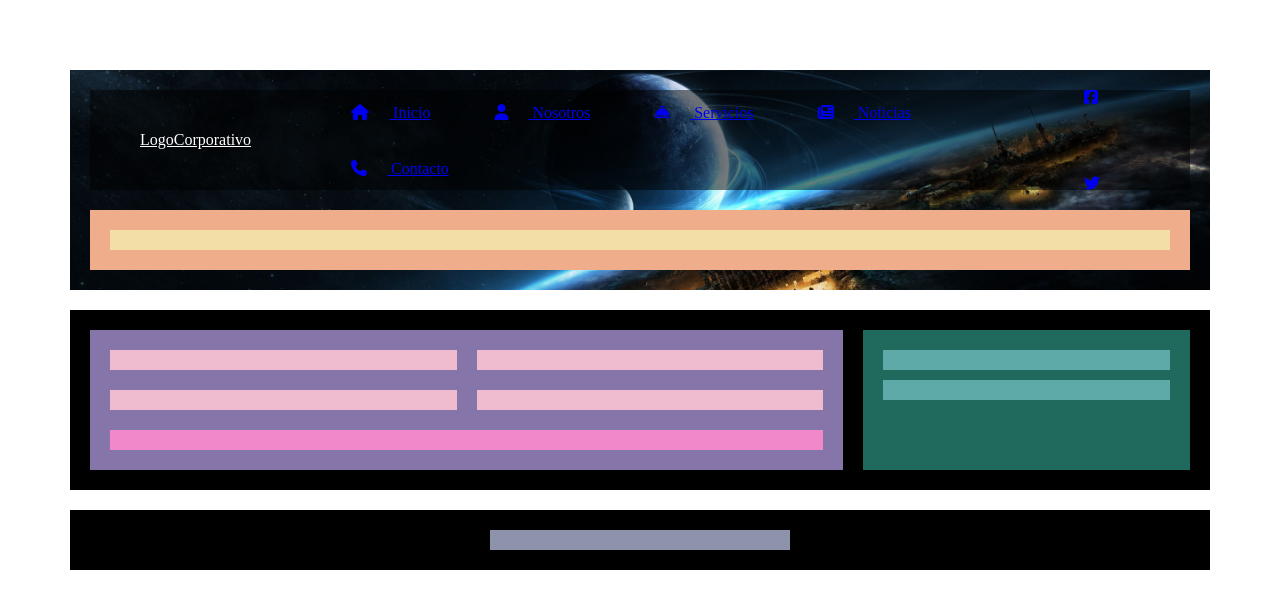
Repository: Aldo-DT/landingGree
Page: 2 CSS/pagina.html
The author's editor kept a copy of each file at every save. The page is drawn from the files as they stood at one save, then again after the next save.
The browser window is 1280 px wide. The pictures show the whole page.
Some web libraries are served in a nearby version.

Above is the page before, as saved 2020-09-14 20:44:16.

After the next save:
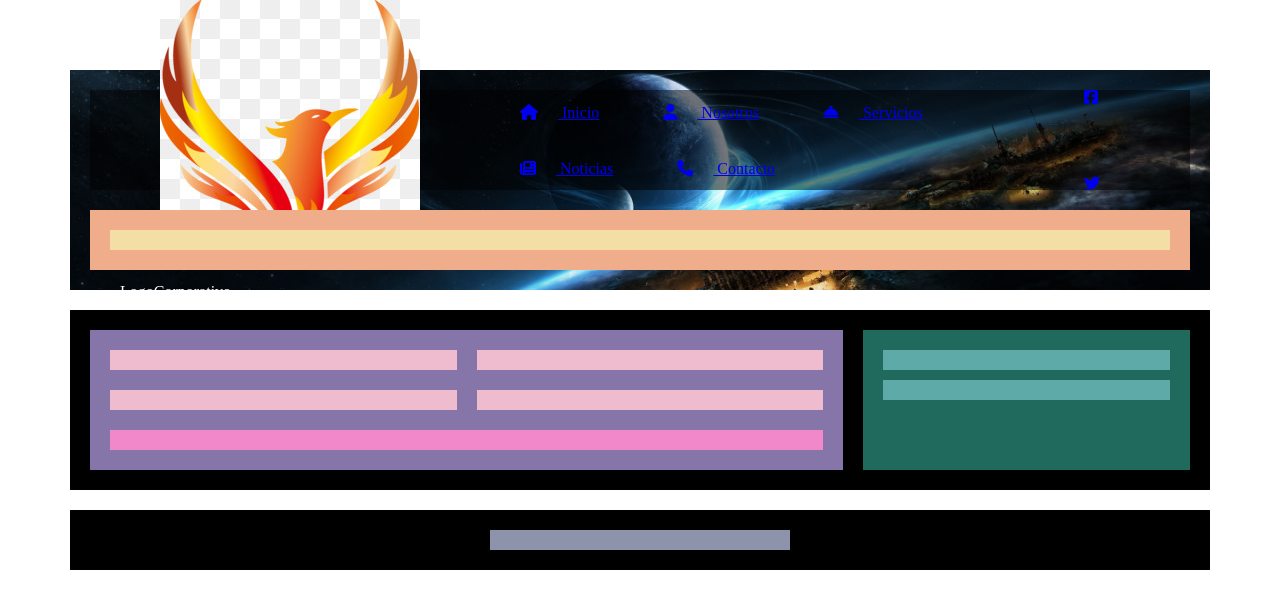
Saved 36 h 35 min later.
--- a/2 CSS/pagina.html
+++ b/2 CSS/pagina.html
@@ -1,5 +1,6 @@
 <!DOCTYPE html>
 <html lang="es">
+
 <head>
     <meta charset="UTF-8">
     <meta name="viewport" content="width=device-width, initial-scale=1.0">
@@ -9,12 +10,13 @@
     <link href="https://fonts.googleapis.com/css2?family=Roboto:ital,wght@1,500&display=swap" rel="stylesheet">
     <link rel="stylesheet" href="css/pagina.css">
 </head>
+
 <body>
     <div class="padre">
         <header class="header">
             <div class="menu">
                 <div class="logo">
-                    <a href="index.html">LogoCorporativo</a>
+                    <a href="index.html"><img src="imagenes/logo.png" alt="">LogoCorporativo</a>
                 </div>
                 <nav class="nav">
                     <a href="#"><i class="fas fa-home"></i> Inicio</a>
@@ -58,4 +60,5 @@
         </footer>
     </div>
 </body>
+
 </html>
